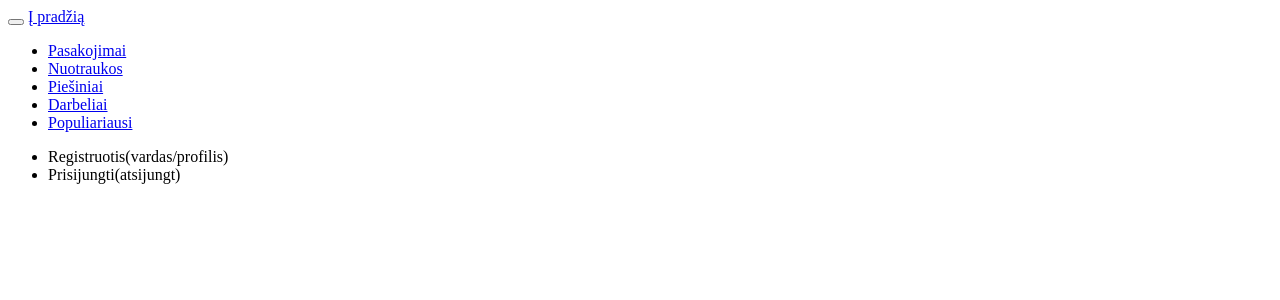
Repository: Skaidrius/Blogas
Page: templates/partials/header.html
The author's editor kept a record of every edit. The page is drawn from the files as they stood at one moment, then again after the next edit.
The browser window is 1280 px wide. The pictures show the whole page.

Above is the page before.

### templates/partials/header.html
<!--header.html-->
<!--Navigation-->
<nav class="navbar navbar-default navbar-fixed-top" ng-controller="NavBarController">
  <div class="container-fluid">
    <div class="navbar-header">
      <button type="button" class="navbar-toggle" data-toggle="collapse" data-target=".navbar-collapse" ng-click="isCollapsed = !isCollapsed">
        <span class="icon-bar"></span>
        <span class="icon-bar"></span>
        <span class="icon-bar"></span>
      </button>
      <a class="navbar-brand" href="#/home">Į pradžią</a>
    </div>
    <div class="collapse navbar-collapse" collapse="isCollapsed">
      <ul class="nav navbar-nav">
        <li><a class="text-center" href="#/tales">Pasakojimai</a></li>
        <li><a class="text-center" href="#/photos">Nuotraukos</a></li>
        <li><a class="text-center" href="#/arts">Piešiniai</a></li>
        <li><a class="text-center" href="#/creations">Darbeliai</a></li>
        <li><a class="text-center" href="#/popular">Populiariausi</a></li>
      </ul>

      <ul class="nav navbar-nav navbar-right" ng-controller="LoginController">
        <li><a class="text-center" ng-click="open('templates/signup.html')"><span class="fa fa-user"></span> Registruotis(vardas/profilis)</a></li>
        <li><a class="text-center" ng-click="open('templates/login.html')"><span class="fa fa-key"></span> Prisijungti(atsijungt)</a></li>
      </ul>
    </div>
  </div>
</nav>

After the next edit:
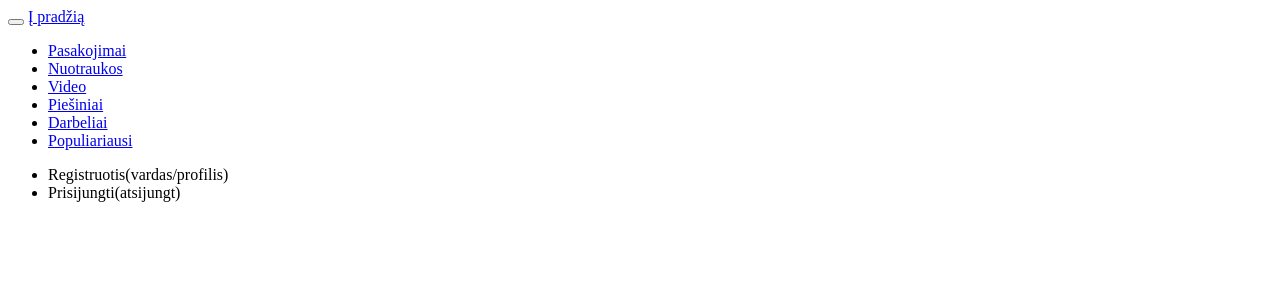
The edit:
--- a/templates/partials/header.html
+++ b/templates/partials/header.html
@@ -14,6 +14,7 @@
       <ul class="nav navbar-nav">
         <li><a class="text-center" href="#/tales">Pasakojimai</a></li>
         <li><a class="text-center" href="#/photos">Nuotraukos</a></li>
+        <li><a class="text-center" href="#/videos">Video</a></li>
         <li><a class="text-center" href="#/arts">Piešiniai</a></li>
         <li><a class="text-center" href="#/creations">Darbeliai</a></li>
         <li><a class="text-center" href="#/popular">Populiariausi</a></li>
